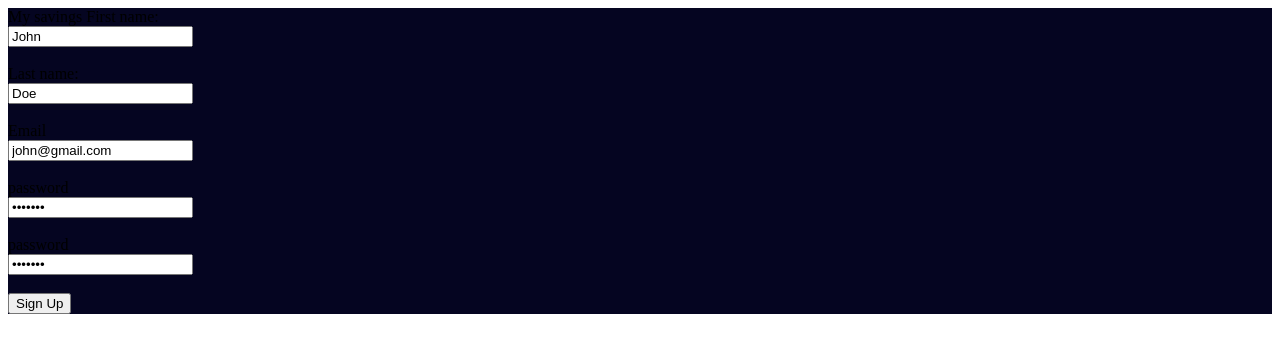
Repository: reemoon-ctrl/hotel-website
Page: mine-form_styling_start.html
The author's editor kept a copy of each file at every save. The page is drawn from the files as they stood at one save, then again after the next save.
The browser window is 1280 px wide. The pictures show the whole page.

Above is the page before, as saved 2024-07-20 13:39:22.

After the next save:
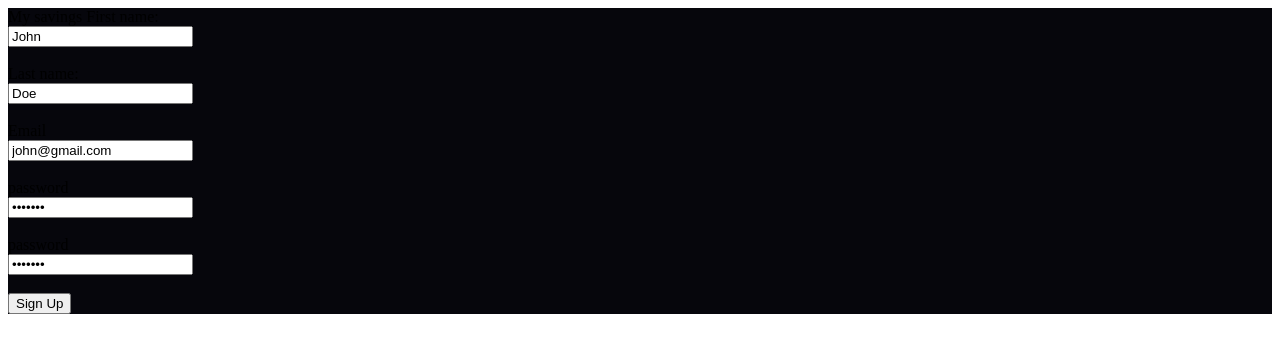
Saved 4 s later.
--- a/mine-form_styling_start.html
+++ b/mine-form_styling_start.html
@@ -6,7 +6,7 @@
     <title>Document</title>
 <style>
     .form{
-        background: rgb(5, 5, 33);
+        background: rgb(6, 6, 12);
     }
     .container{
         margin: auto;
